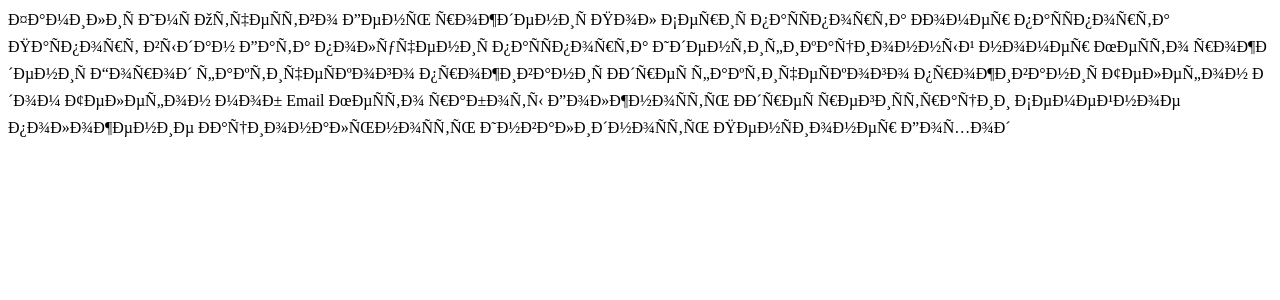
Repository: Westerte/JavaDevelopmentMay2015
Page: http://localhost/bank/jsp/common/add.jsp
These files come from the project's save history. The page is drawn as it stood at one moment and after the next save; the edit follows.
The browser window is 1280 px wide. The pictures show the whole page.
The page is served by Tomcat 9. Other server files are loaded and not shown. The template is opened directly, without the code that normally fills it, so the values that code supplies are empty.

Above is the page before, as saved 2015-09-29 16:23:57.

### workspace/bank/WebContent/jsp/common/add.jsp
<%@ page language="java" contentType="text/html; charset=ISO-8859-1"
    pageEncoding="ISO-8859-1"%>
<!DOCTYPE html PUBLIC "-//W3C//DTD HTML 4.01 Transitional//EN" "http://www.w3.org/TR/html4/loose.dtd">
<html>
<head>
<meta http-equiv="Content-Type" content="text/html; charset=ISO-8859-1">
<title>Insert title here</title>
</head>
<body>
<div class="container">
		<c:import url="${configBundle.getResourceBundle().handleGetObject('path.sample.header')}"/>

			<form action="Controller" method="post"></form>
				<td>Фамилия</td>
				<td>Имя</td>
				<td>Отчество</td>
				<td>День рождения</td>
				<td>Пол</td>
				<td>Серия пасспорта</td>
				<td>Номер пасспорта</td>
				<td>Паспорт выдан</td>
				<td>Дата получения пасспорта</td>
				<td>Идентификационный номер</td>
				<td>Место рождения</td>
				<td>Город фактического проживания</td>
				<td>Адрес фактического проживания</td>
				<td>Телефон дом</td>
				<td>Телефон моб</td>
				<td>Email</td>
				<td>Место работы</td>
				<td>Должность</td>
				<td>Адрес регистрации</td>
				<td>Семейное положение</td>
				<td>Национальность</td>
				<td>Инвалидность</td>
				<td>Пенсионер</td>
				<td>Доход</td>
				<td></td>
				<td></td>
			</form>
		</tr>
	</div>
	<c:import url="${configBundle.getResourceBundle().handleGetObject('path.sample.footer')}"/>
</body>
</html>

After the next save:
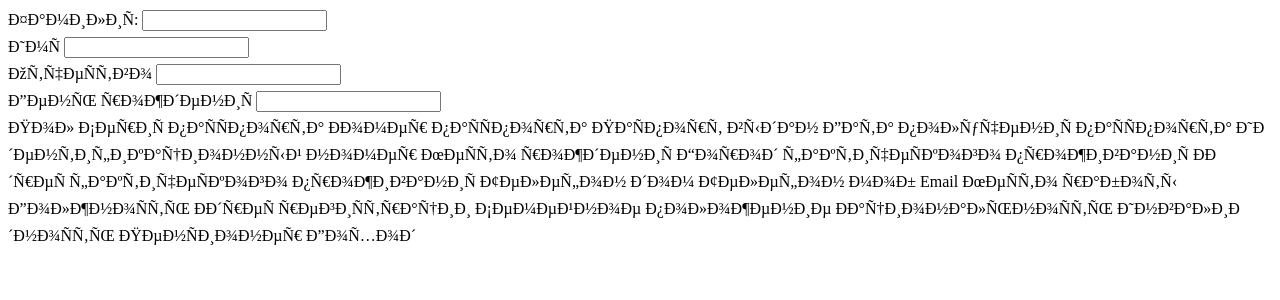
Saved 93 s later.
--- a/workspace/bank/WebContent/jsp/common/add.jsp
+++ b/workspace/bank/WebContent/jsp/common/add.jsp
@@ -11,32 +11,41 @@
 		<c:import url="${configBundle.getResourceBundle().handleGetObject('path.sample.header')}"/>
 
 			<form action="Controller" method="post"></form>
-				<td>Фамилия</td>
-				<td>Имя</td>
-				<td>Отчество</td>
-				<td>День рождения</td>
-				<td>Пол</td>
-				<td>Серия пасспорта</td>
-				<td>Номер пасспорта</td>
-				<td>Паспорт выдан</td>
-				<td>Дата получения пасспорта</td>
-				<td>Идентификационный номер</td>
-				<td>Место рождения</td>
-				<td>Город фактического проживания</td>
-				<td>Адрес фактического проживания</td>
-				<td>Телефон дом</td>
-				<td>Телефон моб</td>
-				<td>Email</td>
-				<td>Место работы</td>
-				<td>Должность</td>
-				<td>Адрес регистрации</td>
-				<td>Семейное положение</td>
-				<td>Национальность</td>
-				<td>Инвалидность</td>
-				<td>Пенсионер</td>
-				<td>Доход</td>
-				<td></td>
-				<td></td>
+				<input type="hidden" name="command" value="add">
+				Фамилия:
+				<input type="text" name="secondName">
+				<br>
+				Имя
+				<input type="text" name="firstName">
+				<br>
+				Отчество
+				<input type="text" name="patronimic">
+				<br>
+				День рождения
+				<input type="text" name="birthDay">
+				<br>
+				Пол
+				Серия пасспорта
+				Номер пасспорта
+				Паспорт выдан
+				Дата получения пасспорта
+				Идентификационный номер
+				Место рождения
+				Город фактического проживания
+				Адрес фактического проживания
+				Телефон дом
+				Телефон моб
+				Email
+				Место работы
+				Должность
+				Адрес регистрации
+				Семейное положение
+				Национальность
+				Инвалидность
+				Пенсионер
+				Доход
+
+
 			</form>
 		</tr>
 	</div>
